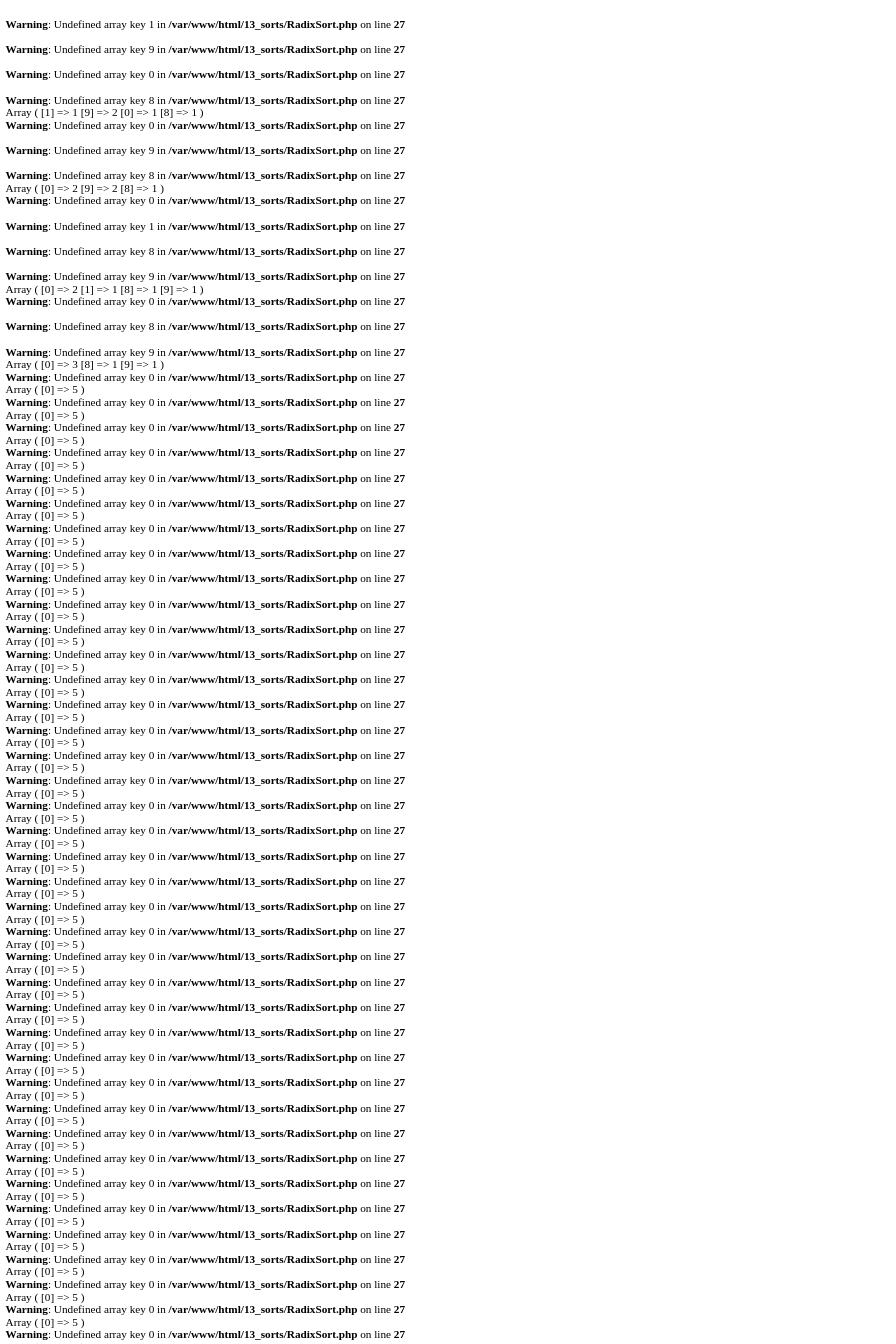
Repository: wangying713/algo
Page: http://localhost/13_sorts/RadixSort.php
These files come from the project's save history. The page is drawn as it stood at one moment and after the next save; the edit follows.
The browser window is 1280 px wide. The pictures show the part of the page from y = 0 to 1920 px (the page is 11518 px tall before and 988 px after), at 70% of full size.
The page is run by PHP 8.4 with error messages shown; the project is at /var/www/html/.

Above is the page before, as saved 2020-02-21 13:57:13.

After the next save:
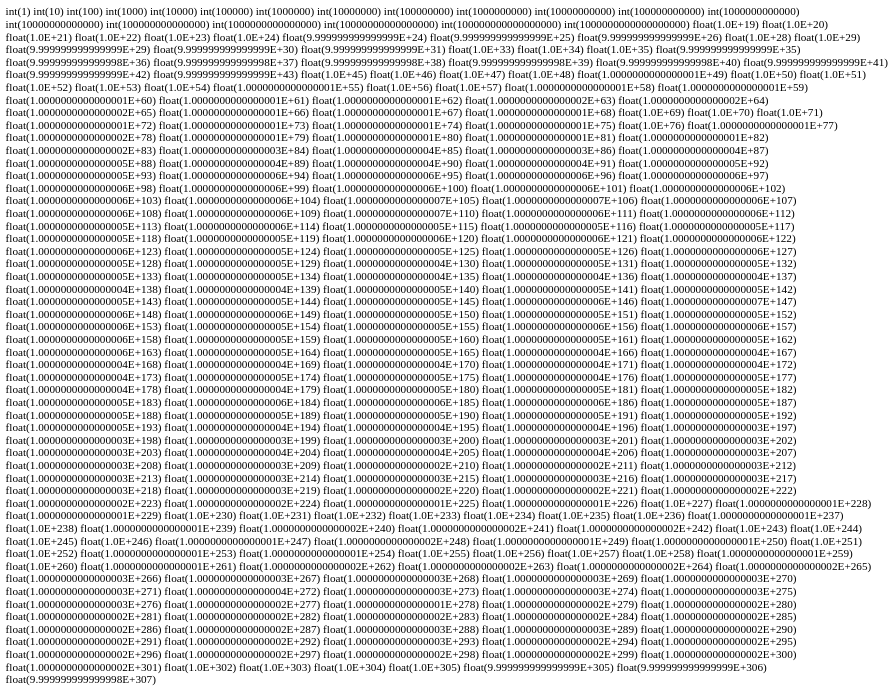
Saved 11 min 12 s later.
--- a/13_sorts/RadixSort.php
+++ b/13_sorts/RadixSort.php
@@ -18,6 +18,10 @@ class RadixSort
 
     protected static function countingSort($arr, $exp)
     {
+
+        var_dump($exp);
+
+        return;
         if (count($arr) <= 1) {
             return;
         }
